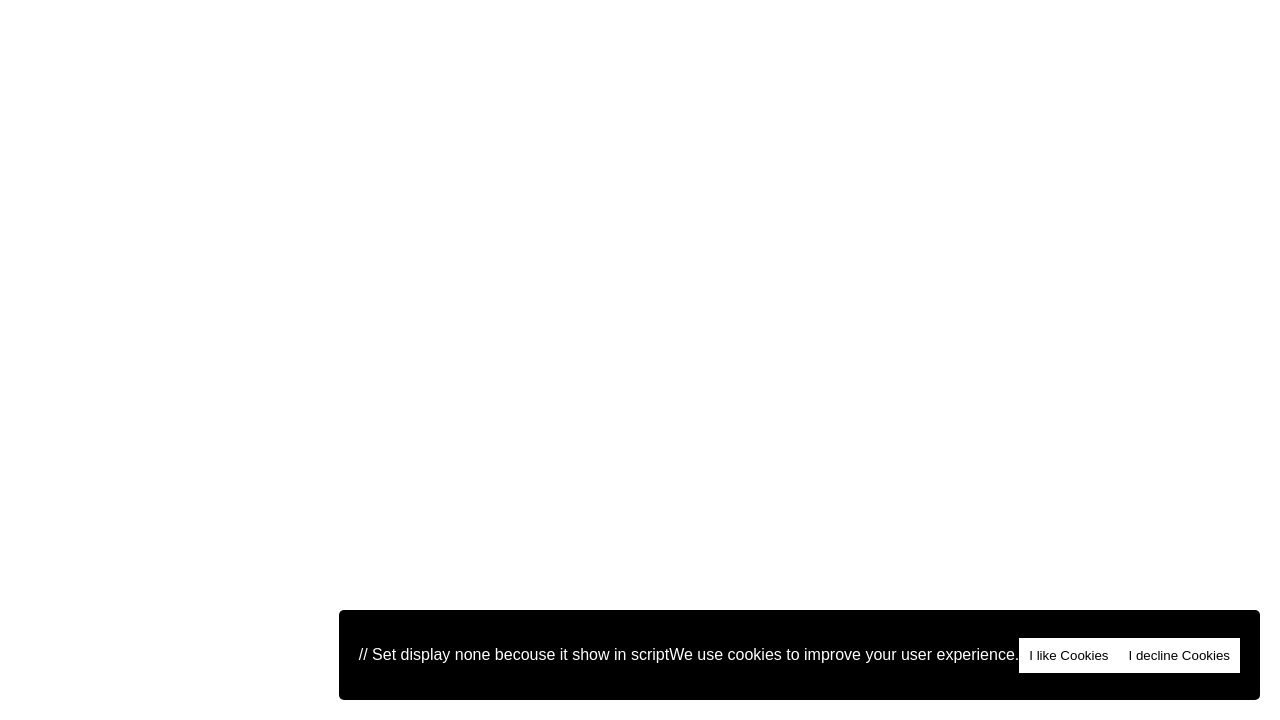
Repository: kSanoX/Cookie-Consent
Page: index.html
These files come from the project's save history. The page is drawn as it stood at one moment and after the next save; the edit follows.
The browser window is 1280 px wide. The pictures show the whole page.

Above is the page before, as saved 2025-01-30 01:44:33.

### index.html
<!DOCTYPE html>
<html lang="en">
<head>
    <meta charset="UTF-8">
    <meta name="viewport" content="width=device-width, initial-scale=1.0">
    <title>Cookie Consent</title>
    <link rel="stylesheet" href="styles.css">
</head>
<body>
    <div class="cookie-popup" id="cookie-popup" style="display: none;"> // Set display none becouse it show in script
        <p>We use cookies to improve your user experience.</p>
        <button id="accept-cookies">I like Cookies</button>
        <button id="decline-cookies">I decline Cookies</button>
    </div>

    <script src="script.js"></script>
</body>
</html>

### styles.css
body {
    font-family: Arial, sans-serif;
}

.cookie-popup {
    position: fixed;
    bottom: 20px;
    right: 20px;
    background-color: black;
    color: white;
    padding: 20px;
    border-radius: 5px;
    display: flex;
    justify-content: space-between;
    align-items: center;
}

.cookie-popup button {
    background-color: white;
    color: black;
    border: none;
    padding: 10px;
    cursor: pointer;
}

.cookie-popup button:hover {
    background-color: #ddd;
}

### script.js
// Check on
function checkCookieConsent() {
  return localStorage.getItem("cookieConsent") === "true";
}

// Show pop-up
function showCookiePopup() {
  document.getElementById("cookie-popup").style.display = "flex";
}

// Accept cookie
function acceptCookies() {
  localStorage.setItem("cookieConsent", "true");
  document.getElementById("cookie-popup").style.display = "none";
}

// Decline cookie
function declineCookies() {
  localStorage.setItem("cookieConsent", "false");
  document.getElementById("cookie-popup").style.display = "none";
}

// DOM load
document.addEventListener("DOMContentLoaded", function () {
  document.getElementById("accept-cookies").addEventListener("click", acceptCookies);
  document.getElementById("decline-cookies").addEventListener("click", declineCookies);

  // Попап показывается ТОЛЬКО если значение отсутствует (null)
  if (localStorage.getItem("cookieConsent") === null) {
      showCookiePopup();
  }
});

After the next save:
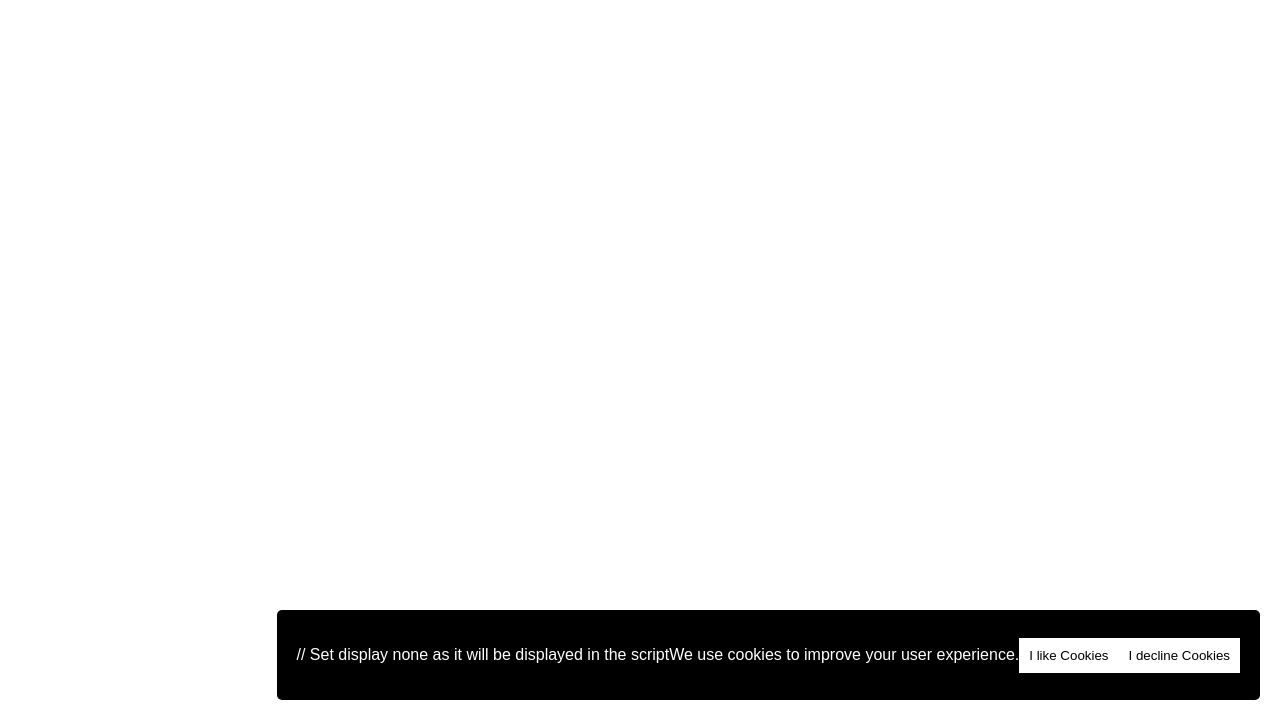
Saved 30 s later.
--- a/index.html
+++ b/index.html
@@ -7,7 +7,7 @@
     <link rel="stylesheet" href="styles.css">
 </head>
 <body>
-    <div class="cookie-popup" id="cookie-popup" style="display: none;"> // Set display none becouse it show in script
+    <div class="cookie-popup" id="cookie-popup" style="display: none;"> // Set display none as it will be displayed in the script
         <p>We use cookies to improve your user experience.</p>
         <button id="accept-cookies">I like Cookies</button>
         <button id="decline-cookies">I decline Cookies</button>
